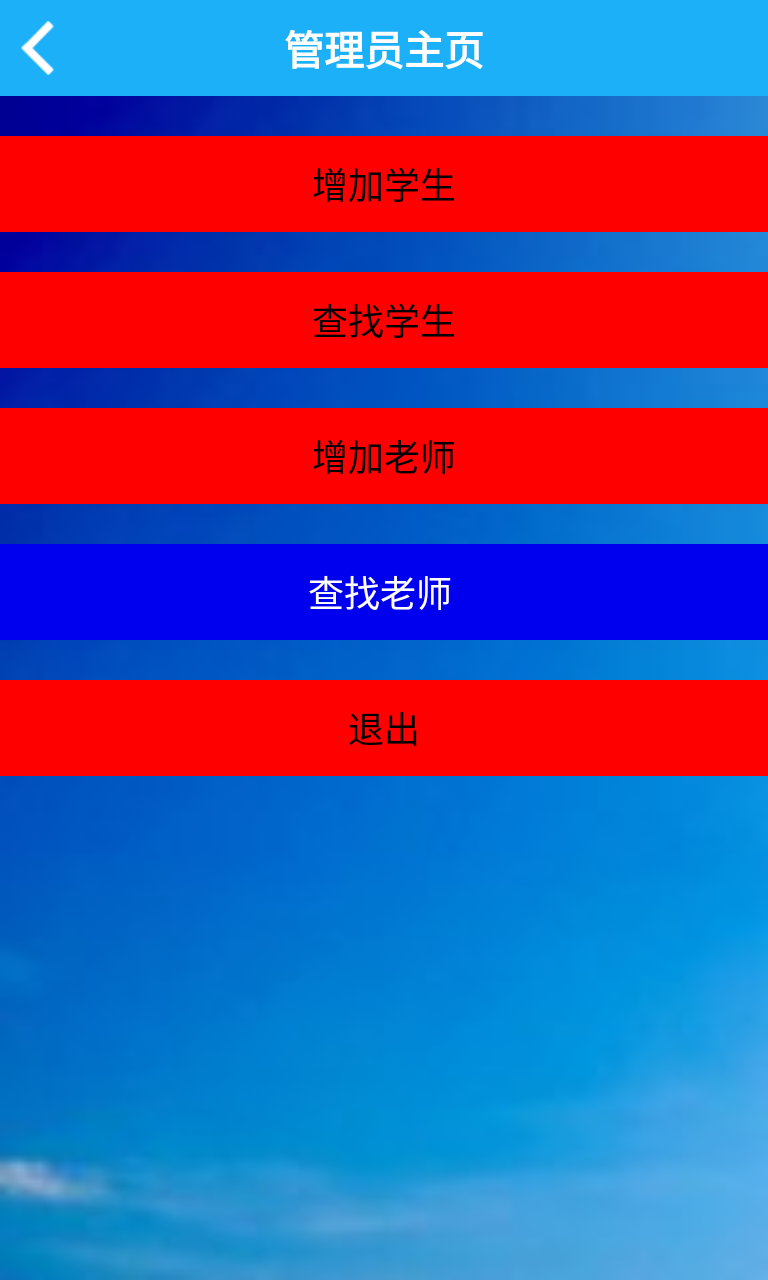
Repository: 15862175370/MyProject
Layout: 毕业设计系统源码_李伟/client/TeachSystem/res/layout/administrator_center.xml
These files come from the project's save history. The layout is drawn as it stood at one moment and after the next save; the edit follows.
It is drawn on a 768 x 1280 px phone screen (xhdpi) without system bars, with theme AppTheme; the app's code is not run.

Above is the layout before, as saved 2016-05-20 08:07:35.

### 毕业设计系统源码_李伟/client/TeachSystem/res/layout/administrator_center.xml
<?xml version="1.0" encoding="utf-8"?>
<LinearLayout xmlns:android="http://schemas.android.com/apk/res/android"
    android:layout_width="match_parent"
    android:layout_height="match_parent"
    android:background="@drawable/ad"
    android:orientation="vertical" >
        <!-- 标题栏 -->

    <RelativeLayout
        android:id="@+id/bjmgf_sdk_dock_pay_center_title_LayoutId"
        android:layout_width="match_parent"
        android:layout_height="48dp"
        android:background="#1bb0f8" >

        <RelativeLayout
            android:id="@+id/bjmgf_sdk_dock_pay_center_closeLlId"
            android:layout_width="wrap_content"
            android:layout_height="wrap_content"
            android:layout_alignParentLeft="true"
            android:layout_centerVertical="true"
            android:paddingBottom="10dp"
            android:paddingLeft="10dp"
            android:paddingRight="20dp"
            android:paddingTop="10dp" >

            <ImageView
                android:id="@+id/bjmgf_sdk_closeAboutBtnId"
                android:layout_width="wrap_content"
                android:layout_height="wrap_content"
                android:layout_centerVertical="true"
                android:src="@drawable/bjmgf_sdk_back" />
        </RelativeLayout>

        <TextView
            android:id="@+id/bjmgf_sdk_messageTextViewId"
            android:layout_width="wrap_content"
            android:layout_height="wrap_content"
            android:layout_centerInParent="true"
            android:gravity="center"
            android:text="管理员主页"
            android:textColor="#ffffff"
            android:textSize="20sp"
            android:textStyle="bold" />
    </RelativeLayout>

    <Button
        android:id="@+id/addstudent"
        android:layout_width="match_parent"
        android:layout_height="wrap_content"
        android:layout_marginTop="20dp"
        android:background="#ff0000"
        android:text="增加学生" />

    <Button
        android:id="@+id/serchstudent"
        android:layout_width="match_parent"
        android:layout_height="wrap_content"
        android:layout_marginTop="20dp"
        android:background="#ff0000"
        android:text="查找学生" />

    <Button
        android:id="@+id/addteacher"
        android:layout_width="match_parent"
        android:layout_height="wrap_content"
        android:layout_marginTop="20dp"
        android:background="#ff0000"
        android:text="增加老师" />

    <Button
        android:id="@+id/serchteacher"
        android:layout_width="match_parent"
        android:layout_height="wrap_content"
        android:layout_marginTop="20dp"
        android:background="#ff0000ee"
        android:textColor="#ffffff"
        android:text="查找老师 " />

    <Button
        android:layout_marginTop="20dp"
        android:background="#ff0000"
        android:id="@+id/exit"
        android:layout_width="match_parent"
        android:layout_height="wrap_content"
        android:text="退出" />

</LinearLayout>

Loaded but not shown: 毕业设计系统源码_李伟/client/TeachSystem/res/values/styles.xml (common file); 毕业设计系统源码_李伟/client/TeachSystem/res/values-v11/styles.xml (common file); 毕业设计系统源码_李伟/client/TeachSystem/res/values-v14/styles.xml (common file)

After the next save:
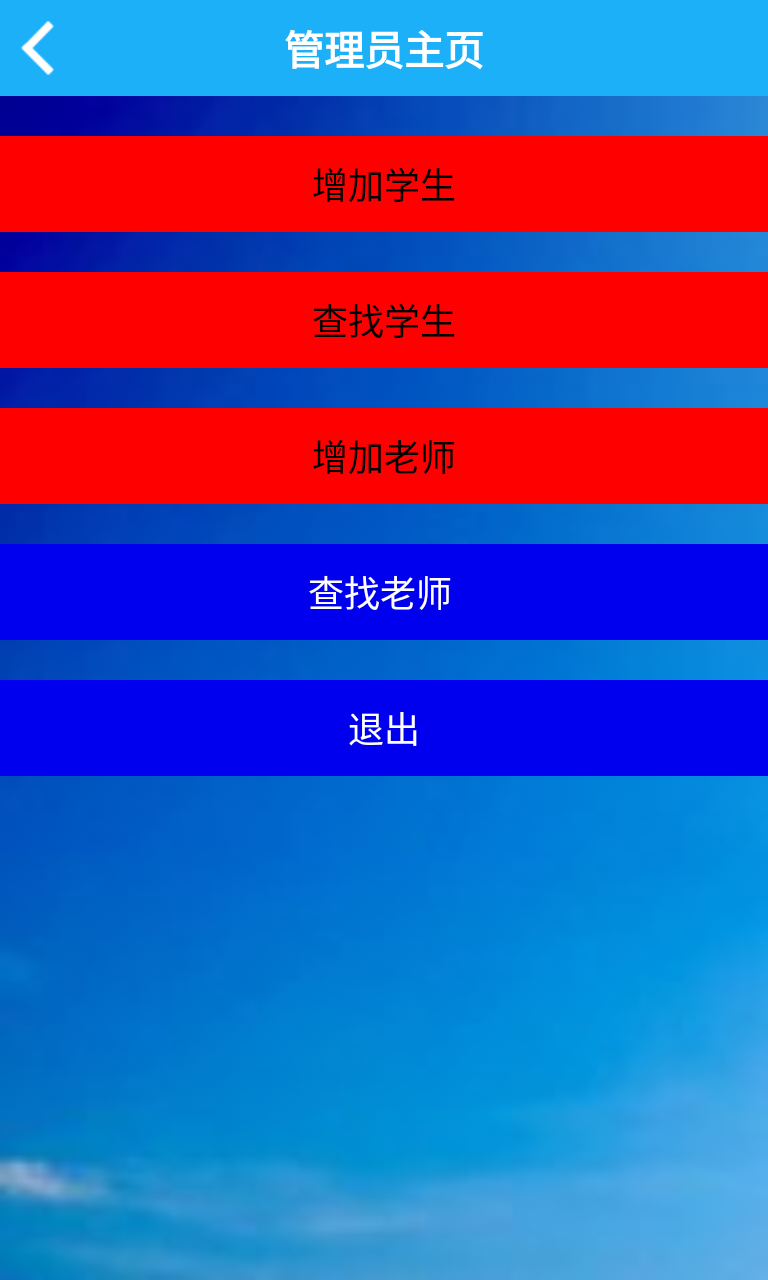
Saved 36 s later.
--- a/毕业设计系统源码_李伟/client/TeachSystem/res/layout/administrator_center.xml
+++ b/毕业设计系统源码_李伟/client/TeachSystem/res/layout/administrator_center.xml
@@ -77,8 +77,9 @@
         android:text="查找老师 " />
 
     <Button
+        android:textColor="#ffffff"
         android:layout_marginTop="20dp"
-        android:background="#ff0000"
+        android:background="#ff0000ee"
         android:id="@+id/exit"
         android:layout_width="match_parent"
         android:layout_height="wrap_content"
